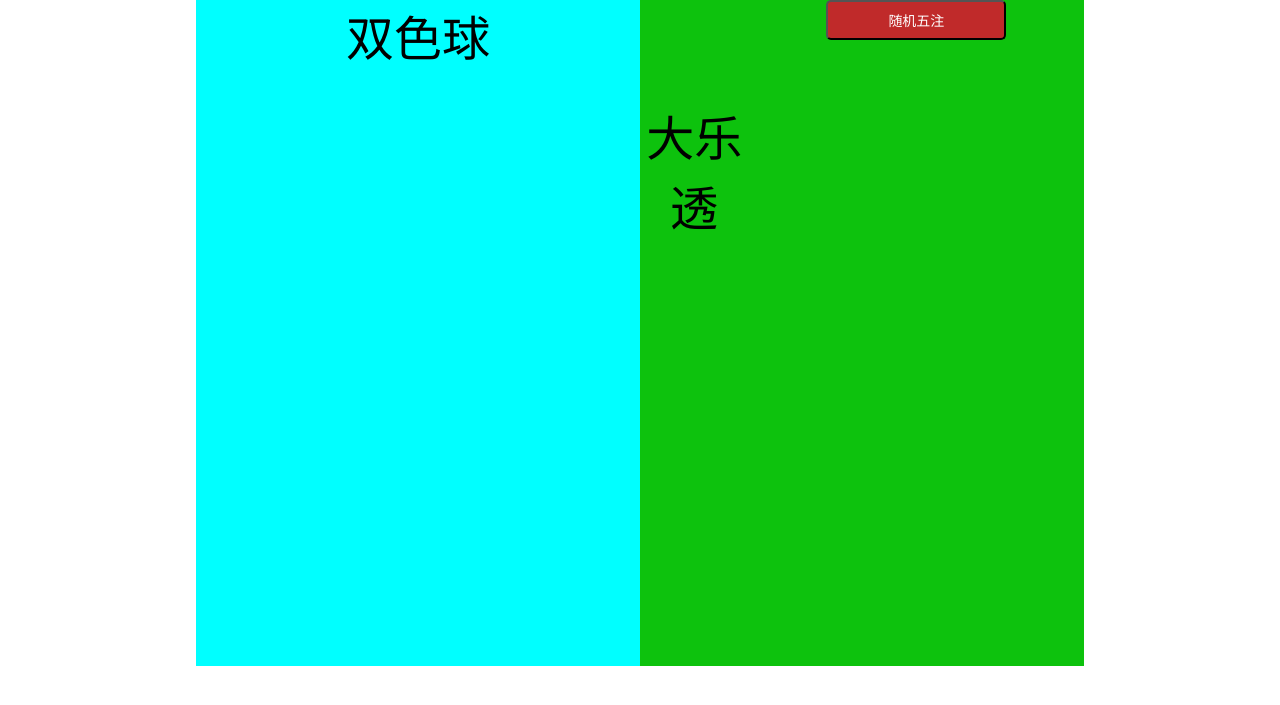
Repository: yz1181214391/caipiao-demo
Page: Cp.html
These files come from the project's save history. The page is drawn as it stood at one moment and after the next save; the edit follows.
The browser window is 1280 px wide. The pictures show the whole page.

Above is the page before, as saved 2020-12-14 10:41:36.

After the next save:
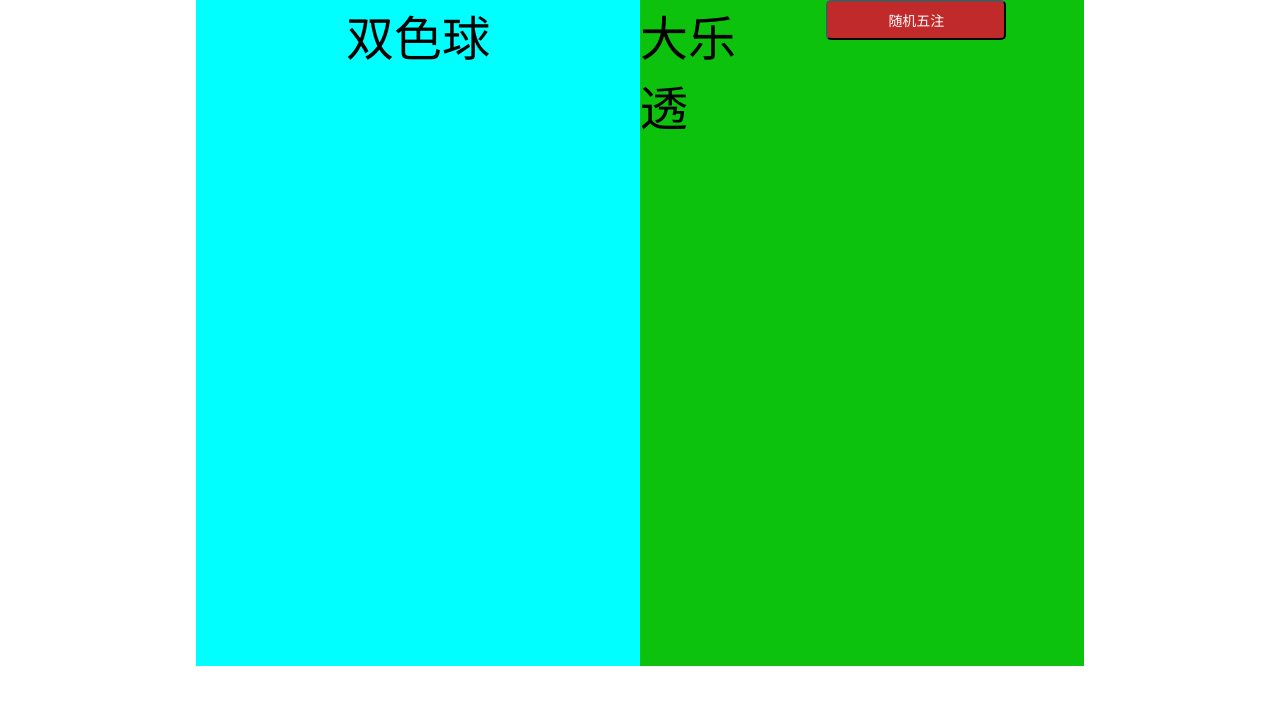
Saved 57 s later.
--- a/Cp.html
+++ b/Cp.html
@@ -94,9 +94,8 @@
             <h1 class="cp-font">双色球</h1>
         </div>
         <div class="dlt-box cp-flex">
-            <div class="content">
-                <h3 class="cp-font">大乐透</h3>
-            </div>
+            <h3 class="cp-font">大乐透</h3>
+            <div class="content"></div>
             <div class="button">
                 <input type="button" value="随机五注" onclick="fiveNumStr()">
             </div>
